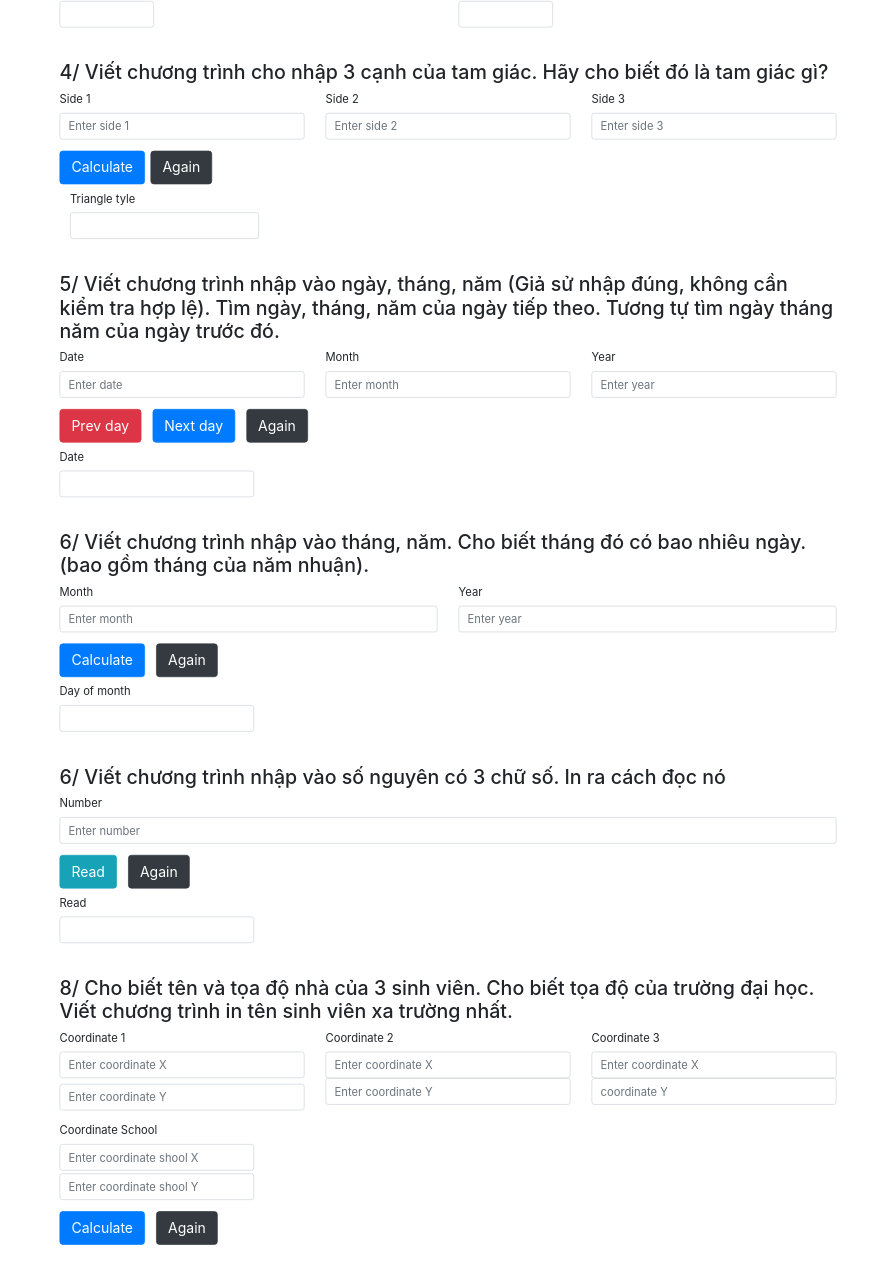
Repository: baobaodeveloper/bootscamp21__jsbasic__HuynhAnhBao
Page: index.html
The author's editor kept a copy of each file at every save. The page is drawn from the files as they stood at one save, then again after the next save.
The browser window is 1280 px wide. The pictures show the part of the page from y = 876 to 2796 px (the page is 2710 px tall before and 2796 px after), at 70% of full size.

Above is the page before, as saved 2022-03-11 18:17:58.

### index.html
<!DOCTYPE html>
<html lang="en">
  <head>
    <title>javaScript basic</title>
    <!-- Required meta tags -->
    <meta charset="utf-8" />
    <meta
      name="viewport"
      content="width=device-width, initial-scale=1, shrink-to-fit=no"
    />

    <!-- Bootstrap CSS -->
    <link
      rel="stylesheet"
      href="https://stackpath.bootstrapcdn.com/bootstrap/4.3.1/css/bootstrap.min.css"
      integrity="sha384-ggOyR0iXCbMQv3Xipma34MD+dH/1fQ784/j6cY/iJTQUOhcWr7x9JvoRxT2MZw1T"
      crossorigin="anonymous"
    />
  </head>
  <body>
    <!--1 Cho người dùng nhập vào 3 số nguyên. Viết chương trình xuất 3 số theo thứ tự tăng dần -->
    <div class="container mb-xl-5">
      <h3>
        1/ Cho người dùng nhập vào 3 số nguyên. Viết chương trình xuất 3 số theo
        thứ tự tăng dần
      </h3>

      <div class="row">
        <div class="col">
          <label class="form-label">Number 1</label>
          <input
            type="number"
            class="form-control num1"
            placeholder="Enter number 1"
          />
        </div>
        <div class="col">
          <label class="form-label">Number 2</label>
          <input
            type="number"
            class="form-control num2"
            placeholder="Enter number 2"
          />
        </div>
        <div class="col">
          <label class="form-label">Number 3</label>
          <input
            type="number"
            class="form-control num3"
            placeholder="Enter number 3"
          />
        </div>
      </div>

      <div class="d-flex">
        <button
          type="button "
          class="btn btn-primary btn-lg mt-3 mb-2 btn-rank mr-3"
        >
          Calculate
        </button>

        <button
          type="button "
          class="btn btn-dark btn-lg mt-3 mb-2 btn-again-rank"
        >
          Again
        </button>
      </div>

      <div class="mt-3 m-auto">
        <label class="form-label">Rank</label>
        <input type="text" class="form-control w-25 result1" />
      </div>
    </div>

    <!--2 Viết chương trình “Chào hỏi” các thành viên trong gia đình với các đặc điểm. Đầu tiên máy
    sẽ hỏi ai sử dụng máy. Sau đó dựa vào câu trả lời và đưa ra lời chào phù hợp. Giả sử trong
    gia đình có 4 thành viên: Bố (B), Mẹ (M), anh Trai (A) và Em gái (E) -->
    <div class="container mb-5">
      <h3 class="mb-3">
        2/ Viết chương trình “Chào hỏi” các thành viên trong gia đình với các
        đặc điểm. Đầu tiên máy sẽ hỏi ai sử dụng máy. Sau đó dựa vào câu trả lời
        và đưa ra lời chào phù hợp. Giả sử trong gia đình có 4 thành viên: Bố
        (B), Mẹ (M), anh Trai (A) và Em gái (E)
      </h3>

      <select class="form-select p-2" aria-label="Default select example">
        <option selected>Who are you?</option>
        <option value="M">M</option>
        <option value="B">B</option>
        <option value="A">A</option>
        <option value="E">E</option>
      </select>

      <button type="button" class="btn btn-primary btn-sign-in">Sign In</button>

      <div class="m-3 row">
        <div class="col-sm-10">
          <input
            type="text"
            class="form-control output-sign-in"
            id="inputPassword"
          />
        </div>
      </div>
    </div>

    <!--  3 Cho 3 số nguyên. Viết chương trình xuất ra có bao nhiêu số lẻ và bao nhiêu số chẵn.-->
    <div class="container mb-xl-5">
      <h3>
        3/ Cho 3 số nguyên. Viết chương trình xuất ra có bao nhiêu số lẻ và bao
        nhiêu số chẵn.
      </h3>

      <div class="row">
        <div class="col">
          <label class="form-label">Integer 1</label>
          <input
            type="number"
            class="form-control integer1"
            placeholder="Enter integer 1"
          />
        </div>
        <div class="col">
          <label class="form-label">Integer 2</label>
          <input
            type="number"
            class="form-control integer2"
            placeholder="Enter integer 2"
          />
        </div>
        <div class="col">
          <label class="form-label">Integer 3</label>
          <input
            type="number"
            class="form-control integer3"
            placeholder="Enter integer 3"
          />
        </div>
      </div>

      <div class="d-flex">
        <button
          type="button"
          class="btn btn-primary btn-lg mt-3 mb-2 btn-integer mr-2"
        >
          Calculate
        </button>

        <button
          type="button "
          class="btn btn-light btn-lg mt-3 mb-2 btn-dark btn-again-integer"
        >
          Again
        </button>
      </div>

      <div class="row">
        <div class="mt-3 m-auto col">
          <label class="form-label">Odd</label>
          <input type="text" class="form-control w-25 outputOdd" />
        </div>
        <div class="mt-3 m-auto col">
          <label class="form-label">Even</label>
          <input type="text" class="form-control w-25 outputEven" />
        </div>
      </div>
    </div>

    <!--4 Viết chương trình cho nhập 3 cạnh của tam giác. Hãy cho biết đó là tam giác gì?-->

    <div class="container mb-xl-5">
      <h3>
        4/ Viết chương trình cho nhập 3 cạnh của tam giác. Hãy cho biết đó là
        tam giác gì?
      </h3>

      <div class="row">
        <div class="col">
          <label class="form-label">Side 1</label>
          <input
            type="number"
            class="form-control side1"
            placeholder="Enter side 1"
          />
        </div>
        <div class="col">
          <label class="form-label">Side 2</label>
          <input
            type="number"
            class="form-control side2"
            placeholder="Enter side 2"
          />
        </div>
        <div class="col">
          <label class="form-label">Side 3</label>
          <input
            type="number"
            class="form-control side3"
            placeholder="Enter side 3"
          />
        </div>
      </div>

      <div class="d-flex">
        <button
          type="button"
          class="btn btn-primary btn-lg mt-3 mb-2 mr-2 btn-triangle"
        >
          Calculate
        </button>

        <button
          type="button "
          class="btn btn-light btn-lg mt-3 mb-2 btn-dark btn-again-triangle"
        >
          Again
        </button>
      </div>

      <div class="mt-3 m-auto col">
        <label class="form-label">Triangle tyle</label>
        <input type="text" class="form-control w-25 triangle-type" />
      </div>
    </div>

    <!--5 Viết chương trình nhập vào ngày, tháng, năm (Giả sử nhập đúng, không cần kiểm tra hợp
  lệ). Tìm ngày, tháng, năm của ngày tiếp theo. Tương tự tìm ngày tháng năm của ngày trước
  đó.  -->

    <div class="container mb-xl-5">
      <h3>
        5/ Viết chương trình nhập vào ngày, tháng, năm (Giả sử nhập đúng, không
        cần kiểm tra hợp lệ). Tìm ngày, tháng, năm của ngày tiếp theo. Tương tự
        tìm ngày tháng năm của ngày trước đó.
      </h3>

      <div class="row">
        <div class="col">
          <label class="form-label">Date</label>
          <input
            type="number"
            class="form-control date"
            placeholder="Enter date"
          />
        </div>
        <div class="col">
          <label class="form-label">Month</label>
          <input
            type="number"
            class="form-control month"
            placeholder="Enter month"
          />
        </div>
        <div class="col">
          <label class="form-label">Year</label>
          <input
            type="number"
            class="form-control year"
            placeholder="Enter year"
          />
        </div>
      </div>

      <div class="d-flex">
        <button
          type="button "
          class="btn btn-danger btn-lg mt-3 mb-2 btn-prev mr-3"
        >
          Prev day
        </button>
        <button
          type="button "
          class="btn btn-primary btn-lg mt-3 mb-2 btn-next mr-3"
        >
          Next day
        </button>

        <button
          type="button "
          class="btn btn-dark btn-lg mt-3 mb-2 btn-again-date"
        >
          Again
        </button>
      </div>

      <div class="mt-3 m-auto">
        <label class="form-label">Date</label>
        <input type="text" class="form-control w-25 date-text" />
      </div>
    </div>

    <!-- 6 Viết chương trình nhập vào tháng, năm. Cho biết tháng đó có bao nhiêu ngày. (bao gồm
    tháng của năm nhuận).-->
    <div class="container mb-xl-5">
      <h3>
        6/ Viết chương trình nhập vào tháng, năm. Cho biết tháng đó có bao nhiêu
        ngày. (bao gồm tháng của năm nhuận).
      </h3>

      <div class="row">
        <div class="col">
          <label class="form-label">Month</label>
          <input
            type="number"
            class="form-control month1"
            placeholder="Enter month"
          />
        </div>
        <div class="col">
          <label class="form-label">Year</label>
          <input
            type="number"
            class="form-control year1"
            placeholder="Enter year"
          />
        </div>
      </div>

      <div class="d-flex">
        <button
          type="button "
          class="btn btn-primary btn-lg mt-3 mb-2 btn-month mr-3"
        >
          Calculate
        </button>

        <button
          type="button "
          class="btn btn-dark btn-lg mt-3 mb-2 btn-again-month"
        >
          Again
        </button>
      </div>

      <div class="mt-3 m-auto">
        <label class="form-label">Day of month</label>
        <input type="text" class="form-control w-25 resultMonth" />
      </div>
    </div>

    <!--7 Viết chương trình nhập vào số nguyên có 3 chữ số. In ra cách đọc nó.-->
    <div class="container mb-xl-5">
      <h3>
        6/ Viết chương trình nhập vào số nguyên có 3 chữ số. In ra cách đọc nó
      </h3>

      <div class="form">
        <label class="form-label">Number</label>
        <input
          type="number"
          class="form-control number-read"
          placeholder="Enter number"
        />
      </div>

      <div class="d-flex">
        <button
          type="button "
          class="btn btn-info btn-lg mt-3 mb-2 btnRead mr-3"
        >
          Read
        </button>

        <button
          type="button "
          class="btn btn-dark btn-lg mt-3 mb-2 btn-again-read"
        >
          Again
        </button>
      </div>

      <div class="mt-3 m-auto">
        <label class="form-label">Read</label>
        <input type="text" class="form-control w-25 resultRead" />
      </div>
    </div>

    <!--8 Cho biết tên và tọa độ nhà của 3 sinh viên. Cho biết tọa độ của trường đại học. Viết chương
    trình in tên sinh viên xa trường nhất. -->
    <div class="container mb-xl-5">
      <h3>
        8/ Cho biết tên và tọa độ nhà của 3 sinh viên. Cho biết tọa độ của
        trường đại học. Viết chương trình in tên sinh viên xa trường nhất.
      </h3>

      <div class="row">
        <div class="col">
          <div>
            <label class="form-label">Coordinate 1</label>
            <input
              type="number"
              class="form-control mb-2 coordinateX1"
              placeholder="Enter coordinate X"
            />
            <input
              type="number"
              class="form-control coordinateY1"
              placeholder="Enter coordinate Y"
            />
          </div>
        </div>
        <div class="col">
          <div>
            <label class="form-label">Coordinate 2</label>
            <input
              type="number"
              class="form-control coordinateX2"
              placeholder="Enter coordinate X"
            />
            <input
              type="number"
              class="form-control coordinateY2"
              placeholder="Enter coordinate Y"
            />
          </div>
        </div>
        <div class="col">
          <div>
            <label class="form-label">Coordinate 3</label>
            <input
              type="number"
              class="form-control coordinateX3"
              placeholder="Enter coordinate X"
            />
            <input
              type="number"
              class="form-control coordinateY3"
              placeholder="coordinate Y"
            />
          </div>
        </div>
      </div>

      <div class="mt-3">
        <label class="form-label">Coordinate School</label>
        <input
          type="text"
          class="form-control w-25 mb-1 coordinate-school-X"
          placeholder="Enter coordinate shool X"
        />
        <input
          type="text"
          class="form-control w-25 coordinate-school-Y"
          placeholder="Enter coordinate shool Y"
        />
      </div>

      <div class="d-flex">
        <button
          type="button "
          class="btn btn-primary btn-lg mt-3 mb-2 btn-coordinate mr-3"
        >
          Calculate
        </button>

        <button
          type="button "
          class="btn btn-dark btn-lg mt-3 mb-2 btn-again-coordinate"
        >
          Again
        </button>
      </div>
    </div>

    <!-- Optional JavaScript -->
    <!-- jQuery first, then Popper.js, then Bootstrap JS -->
    <script
      src="https://code.jquery.com/jquery-3.3.1.slim.min.js"
      integrity="sha384-q8i/X+965DzO0rT7abK41JStQIAqVgRVzpbzo5smXKp4YfRvH+8abtTE1Pi6jizo"
      crossorigin="anonymous"
    ></script>
    <script
      src="https://cdnjs.cloudflare.com/ajax/libs/popper.js/1.14.7/umd/popper.min.js"
      integrity="sha384-UO2eT0CpHqdSJQ6hJty5KVphtPhzWj9WO1clHTMGa3JDZwrnQq4sF86dIHNDz0W1"
      crossorigin="anonymous"
    ></script>
    <script
      src="https://stackpath.bootstrapcdn.com/bootstrap/4.3.1/js/bootstrap.min.js"
      integrity="sha384-JjSmVgyd0p3pXB1rRibZUAYoIIy6OrQ6VrjIEaFf/nJGzIxFDsf4x0xIM+B07jRM"
      crossorigin="anonymous"
    ></script>

    <!-- <script src="exercise1.js"></script> -->
    <!-- <script src="exercise2.js"></script> -->
    <!-- <script src="exercise3.js"></script> -->
    <!-- <script src="exercise4.js"></script> -->
    <!-- <script src="exercise5.js"></script> -->
    <!-- <script src="exercise6.js"></script> -->
    <!-- <script src="exercise7.js"></script> -->
    <script src="exercise8.js"></script>
  </body>
</html>

Loaded but not shown: exercise8.js (no stored copy; drawn as an empty file)

After the next save:
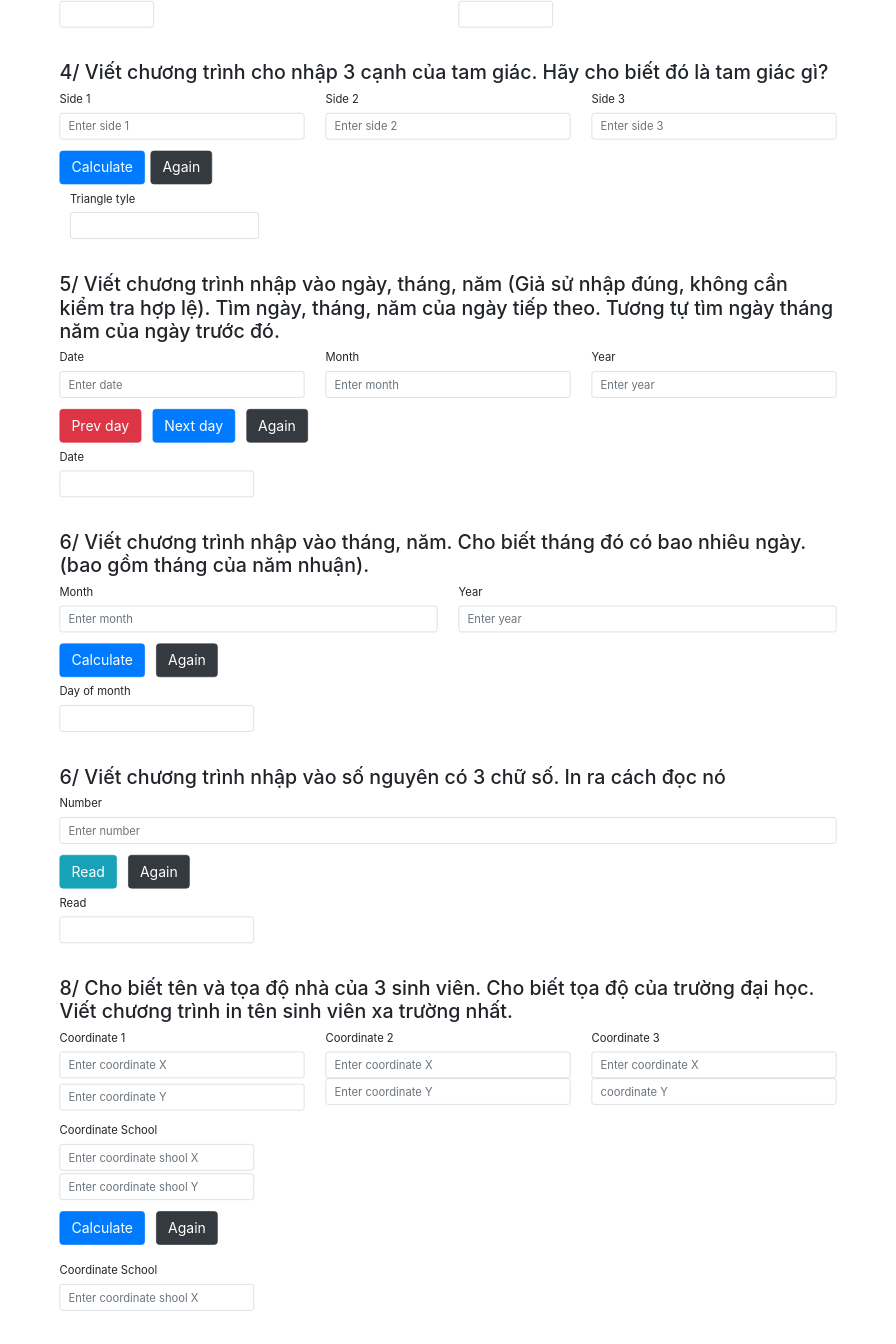
Saved 51 s later.
--- a/index.html
+++ b/index.html
@@ -461,6 +461,15 @@
         >
           Again
         </button>
+      </div>
+
+      <div class="mt-3">
+        <label class="form-label">Coordinate School</label>
+        <input
+          type="text"
+          class="form-control w-25 mb-1 coordinate-school-X"
+          placeholder="Enter coordinate shool X"
+        />
       </div>
     </div>
 
